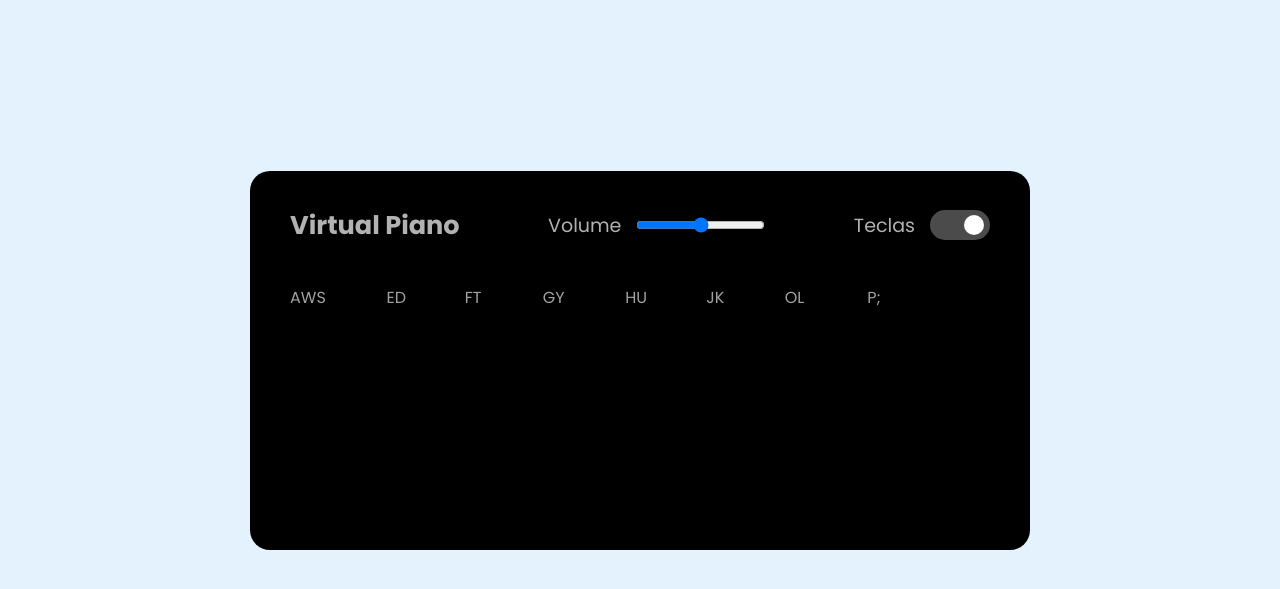
Repository: gustavotwist/simulador-piano
Page: index.html
These files come from the project's save history. The page is drawn as it stood at one moment and after the next save; the edit follows.
The browser window is 1280 px wide. The pictures show the whole page.

Above is the page before, as saved 2024-11-30 17:50:37.

After the next save:
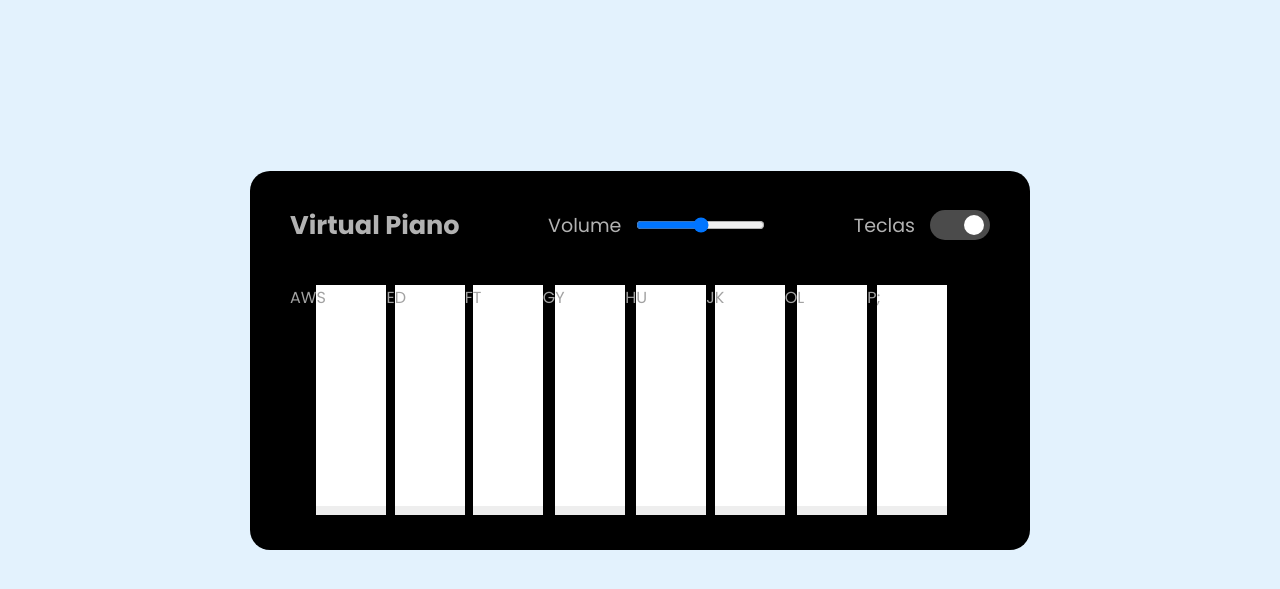
Saved 5 s later.
--- a/src/styles/main.css
+++ b/src/styles/main.css
@@ -86,5 +86,5 @@ header .column span {
     width: 70px;
     height: 230px;
     border: 1px soli red;
-    background-color: linear-gradient(#fff 96%, #eee 4%);
+    background: linear-gradient(#fff 96%, #eee 4%);
 }
